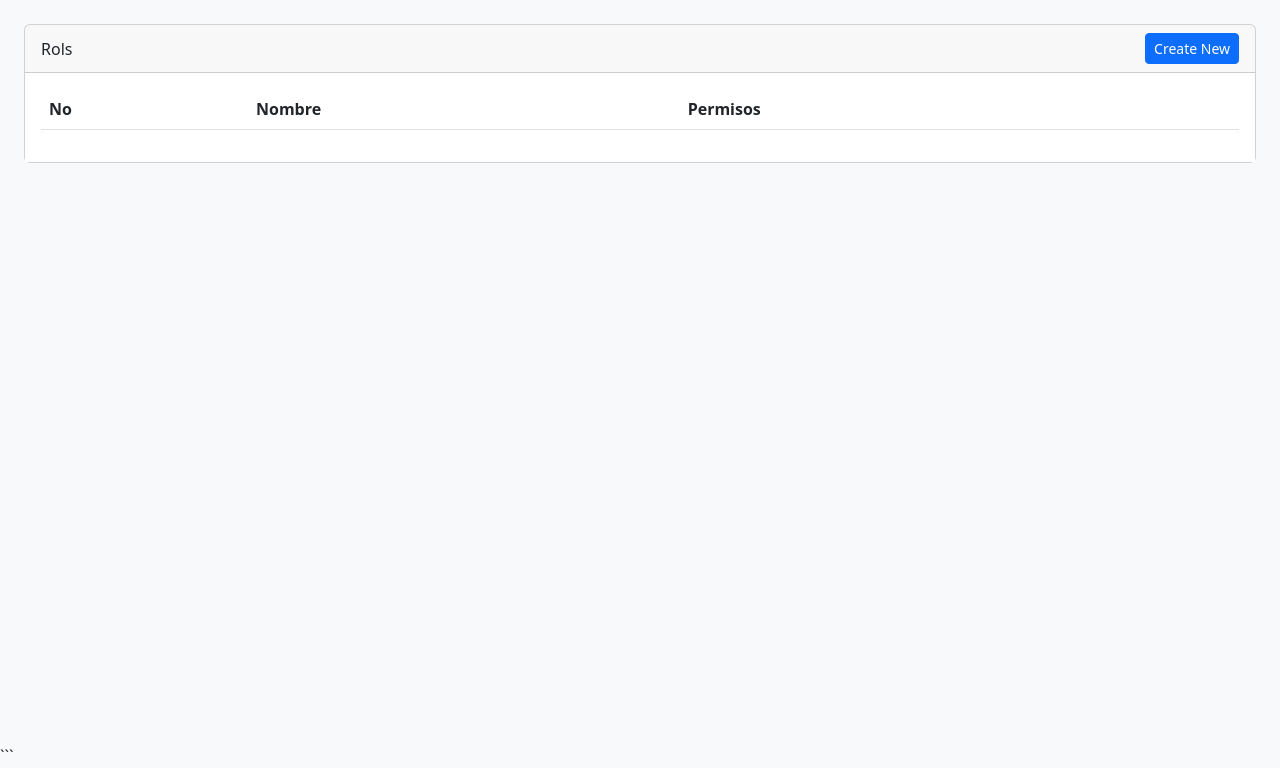
Repository: iAngie28/autoescuela-unido
Page: http://localhost/rols
These files come from the project's save history. The page is drawn as it stood at one moment and after the next save; the edit follows.
The browser window is 1280 px wide. The pictures show the whole page.
The page is served by the project's Laravel application, run on PHP 8.4 with Laravel 12. Queries for data that is not in the repository find no rows.

Above is the page before, as saved 2025-05-07 02:32:06.

After the next save:
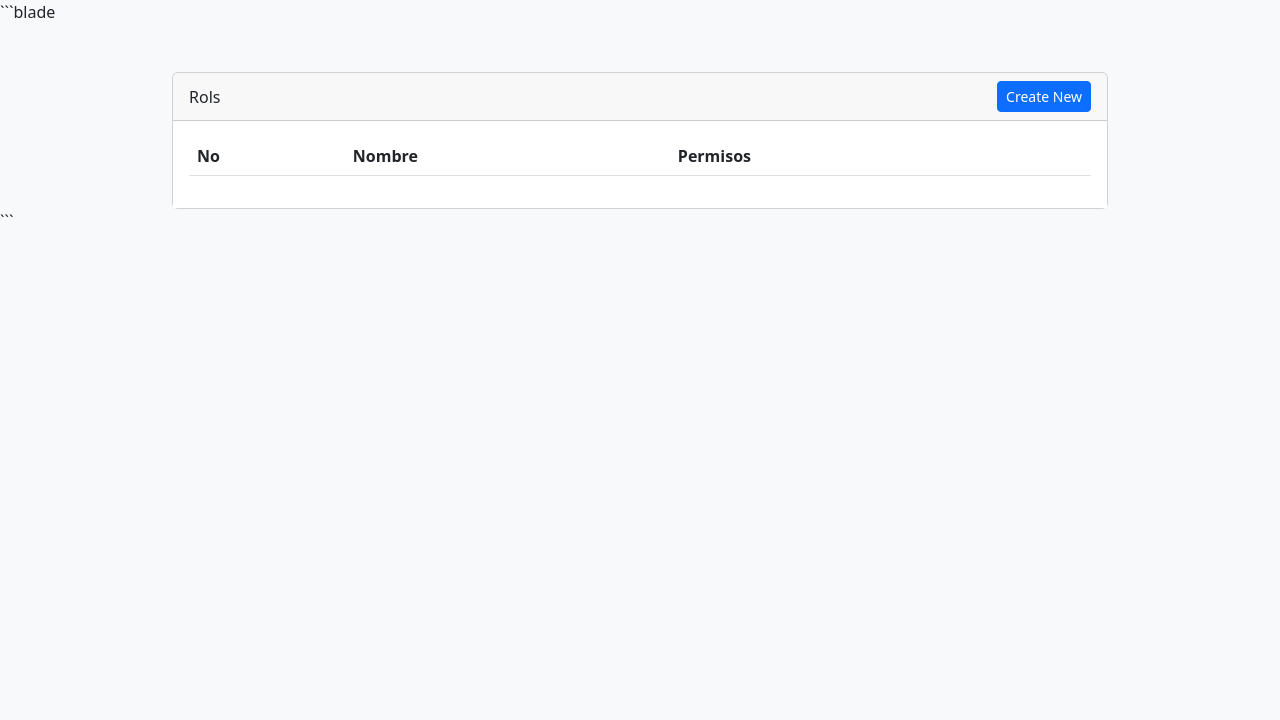
Saved 36 s later.
--- a/resources/views/layouts/guest-bootstrap.blade.php
+++ b/resources/views/layouts/guest-bootstrap.blade.php
@@ -1,4 +1,4 @@
-
+```blade
 <!DOCTYPE html>
 <html lang="{{ str_replace('_', '-', app()->getLocale()) }}">
 <head>
@@ -15,16 +15,22 @@
 
   {{-- Estilos globales para tablas y botones de acciones --}}
   <style>
-    /* Elimina el padding-left de la celda de acciones */
+    /* Centralizar las tarjetas dentro del contenedor */
+    .content-wrapper {
+      display: flex;
+      justify-content: center;
+    }
+    /* Ajuste de padding de la celda de acciones */
     .table td.actions {
       padding-left: 0 !important;
+      padding-right: 0.5rem !important;
     }
     /* Fija un ancho para la columna de acciones */
     .table th.actions,
     .table td.actions {
       width: 180px;
     }
-    /* Ajusta el espacio entre botones */
+    /* Reduce espacio entre botones */
     .table td.actions .btn {
       margin-right: 0.25rem;
     }
@@ -32,9 +38,9 @@
 </head>
 <body class="bg-light">
 
-  {{-- Sección envolvente con margen superior y contenedor fluido --}}
-  <section class="content container-fluid mt-4">
-    <div class="min-vh-100">
+  {{-- Sección envolvente con margen superior y contenedor centrado --}}
+  <section class="content container mt-4 content-wrapper">
+    <div class="w-100" style="max-width: 960px;">
       @yield('content')
     </div>
   </section>
